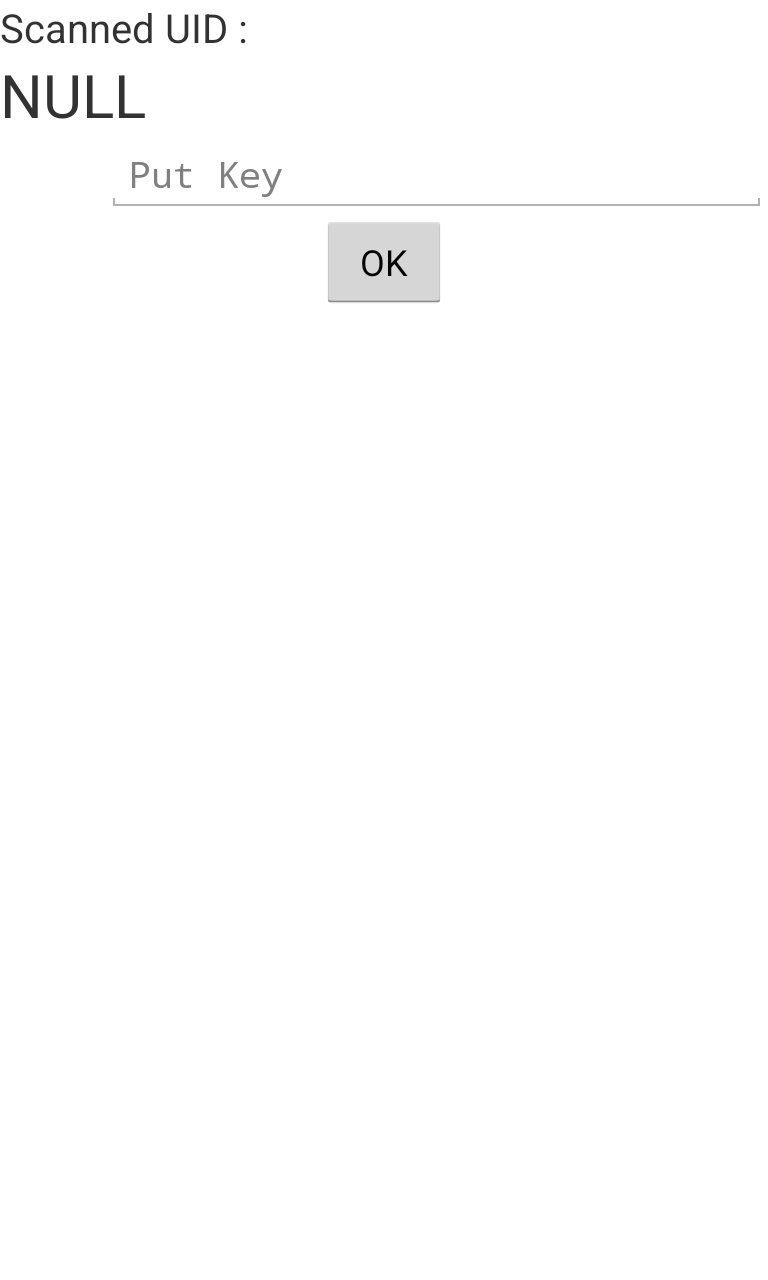
Repository: LennoxAlexion/UID
Layout: Android App/Uid-Project/res/layout/activity_qr_result.xml
These files come from the project's save history. The layout is drawn as it stood at one moment and after the next save; the edit follows.
It is drawn on a 768 x 1280 px phone screen (xhdpi) without system bars, with theme AppTheme; the app's code is not run.

Above is the layout before, as saved 2015-03-29 06:57:45.

After the next save:
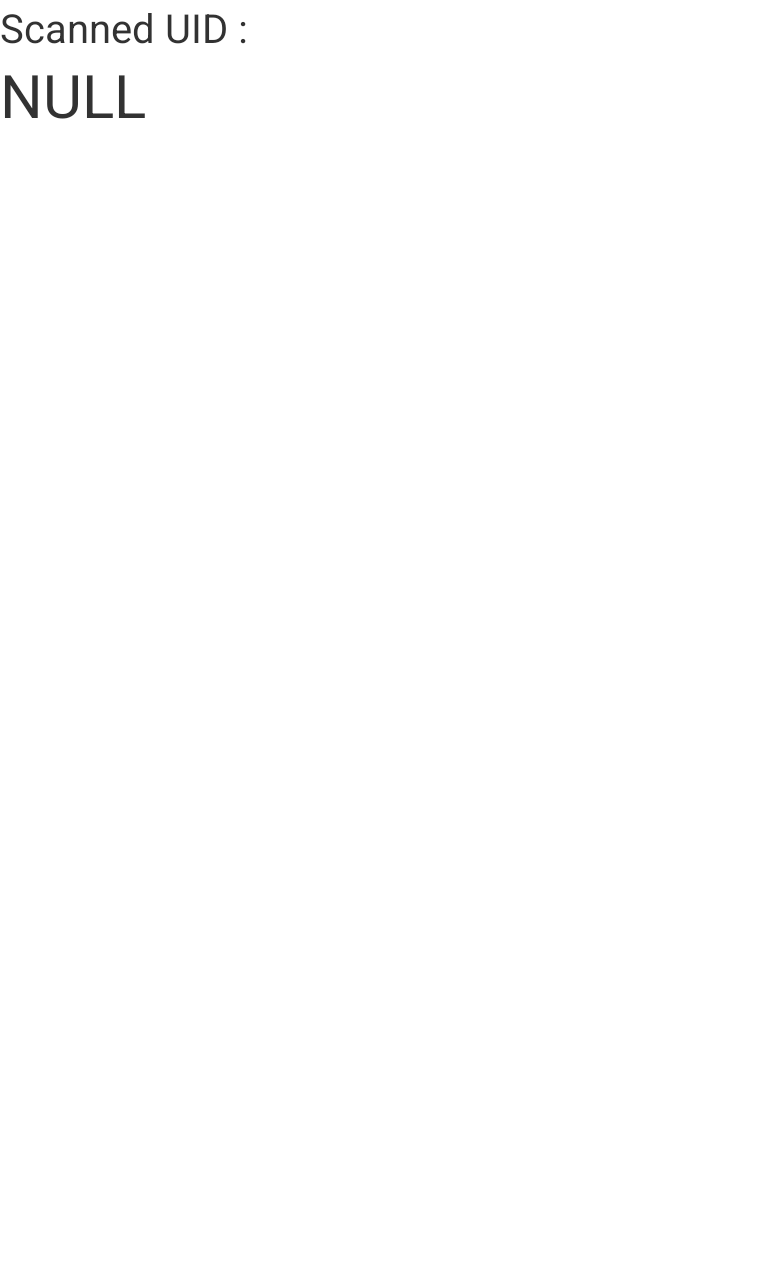
Saved 13 s later.
--- a/Android App/Uid-Project/res/layout/activity_qr_result.xml
+++ b/Android App/Uid-Project/res/layout/activity_qr_result.xml
@@ -18,52 +18,6 @@
         android:text="NULL"
         android:textSize="30dp" />
 
-    <RelativeLayout
-        android:id="@+id/Rel"
-        android:layout_width="fill_parent"
-        android:layout_height="wrap_content" >
 
-        <TextView
-            android:layout_width="wrap_content"
-            android:layout_height="wrap_content"
-            android:layout_alignParentLeft="true"
-            android:text="Key: "
-            android:id="@+id/TVKey"
-            android:textColor="@android:color/white"
-            android:textSize="20dp"
-            android:padding="5dp"/>
-
-        <EditText
-            android:layout_width="match_parent"
-            android:layout_height="wrap_content"
-            android:hint="Put Key"
-            android:layout_toRightOf="@id/TVKey"
-            android:layout_alignParentRight="true"
-            android:inputType="textPassword"
-            android:id="@+id/KeyET"/>
-    </RelativeLayout>
-
-    <Button
-        android:layout_width="wrap_content"
-        android:layout_height="wrap_content"
-        android:layout_gravity="center_horizontal"
-        android:text="OK"
-        android:id="@+id/SubmitButton" />
-
-    <TextView
-        android:layout_width="wrap_content"
-        android:layout_height="wrap_content"
-        android:layout_marginTop="15dp"
-        android:text="Decoded Text: "
-        android:textColor="@android:color/white"
-        android:textSize="20dp" />
-
-    <TextView
-        android:id="@+id/Result"
-        android:layout_width="wrap_content"
-        android:layout_height="wrap_content"
-        android:text="Sample"
-        android:textColor="@android:color/white"
-        android:textSize="30dp" />
 
 </LinearLayout>
